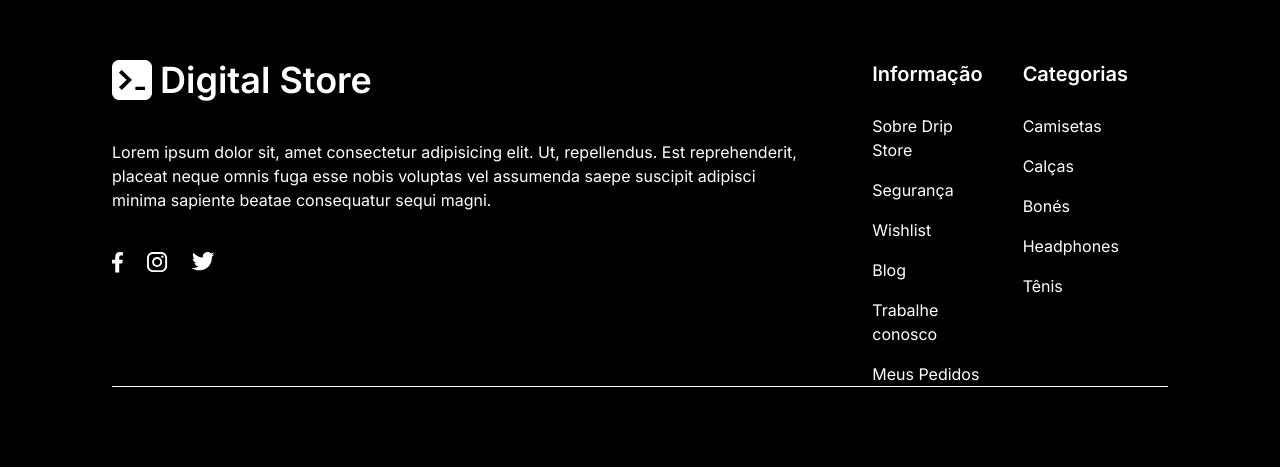
Repository: geracao-09/digital-store
Page: index.html
These files come from the project's save history. The page is drawn as it stood at one moment and after a run of saves; the edit follows.
The browser window is 1280 px wide. The pictures show the part of the page from y = 3410 to 3877 px (the page is 3877 px tall).
A picture or video elsewhere on the page could not be fetched, so the positions and the page height are approximate.

Above is the page before, as saved 2025-04-25 08:56:50.

### index.html
<!DOCTYPE html>
<html lang="pt-br">
<head>
    <meta charset="UTF-8">
    <meta name="viewport" content="width=device-width, initial-scale=1.0">
    <title>Digital Store</title>
    <link href="./style.css" rel="stylesheet">
    <script src="https://cdn.jsdelivr.net/npm/@tailwindcss/browser@4"></script>
    <link rel="shortcut icon" href="/assets/digital-logo.svg" type="image/x-icon">
</head>
<body>
<header class="flex flex-col gap-12 px-[108px] py-[38px]">
    <div class="flex items-center justify-between">
        <div class="flex gap-1">
            <img src="/assets/digital-logo.svg" alt="Logo da Digital Store">
            <h1 class="text-4xl text-(--primary-color) font-semibold">Digital Store</h1>
        </div>
        <input type="text" placeholder="Pesquisar produto..." class="bg-(--light-gray-3) py-2 px-3 rounded-lg ml-40 mr-14 bg-[url(/assets/icons/search.svg)] bg-no-repeat bg-right focus:placeholder-transparent w-[560px]" />
        <div>
            <a href="#" class="bg-(--primary-color) text-white rounded-lg px-7 py-3 font-bold text-sm">
                Entrar
            </a>
        </div>
        <div class="relative">
            <img src="/assets/icons/cart.svg" alt="Imagem de um carrinho de compras">
            <div class="flex justify-center items-center absolute bg-(--tertiary-color) text-white font-bold text-xs rounded-full w-[18px] h-[18px] bottom-[15px] left-3">
                2
            </div>
        </div>
    </div>
    </div>
    <nav class="pl-32">
        <ul class="flex gap-6 text-(--dark-gray-2)">
            <li class="hover:text-(--primary-color) hover:font-bold">
                <a href="#">
                Home
            </a>
        </li>
            <li class="hover:text-(--primary-color) hover:font-bold">
                <a href="#">
                Produtos
            </a>
        </li>
            <li class="hover:text-(--primary-color) hover:font-bold">
                <a href="#">
                Categorias
            </a>
        </li>
            <li class="hover:text-(--primary-color) hover:font-bold">
                <a href="#">
                Meus Pedidos
            </a>
        </li>
        </ul>
    </nav>
</header>
<main>
    <section class="flex px-[108px] bg-(--light-gray-3) py-[78px] h-[680px] relative">
        <div class="flex flex-col gap-5 w-[466px]">
            <p class="text-(--warning-color) font-bold">
                Melhores ofertas personalizadas
            </p>
            <h2 class="font-extrabold text-6xl">
                Queima de estoque Nike 🔥
            </h2>
            <p class="text-(--dark-gray-2) text-lg">
                Consequat culpa exercitation mollit nisi excepteur do do tempor laboris eiusmod irure consectetur.
            </p>
            <a href="#" class="flex items-center justify-center bg-(--primary-color) text-(--light-gray-3) font-bold w-[220px] h-[48px] rounded-lg">
                Ver Ofertas
            </a>
        </div>
        <img src="/assets/pictures/white-sneakers.svg" alt="Foto de um tenis branco" class="absolute right-28 bottom-8"/>
        <img src="/assets/ornaments/ornament.svg" alt="Firula do site - by wendell" class="absolute top-12 right-8">
    </section>
    <section class="flex flex-col gap-15 px-[108px] py-[42px]">
        <div class="flex flex-col gap-10">
            <h4 class="text-(--dark-gray-2) font-bold text-2xl">
                Coleções em destaque
            </h4>
            <ul class="grid grid-cols-3 gap-3.5 h-68">
                <li  class="flex bg-[#D8E3F2] pl-8 pt-8 rounded-md relative bg-[url(/assets/pictures/star-wars-shirt-pic.svg)] bg-no-repeat bg-bottom-right">
                    <div class="w-1/2 z-10">
                    <p class="bg-[#E7FF86] rounded-4xl font-bold text-(--dark-gray-2) w-[96px] text-center py-1.5 text-sm">
                        30% OFF
                    </p>
                    <h5 class="font-bold text-(--dark-gray) text-4xl mt-2.5 mb-8">
                        Novo drop Supreme
                    </h5>
                    <a href="#" class="text-(--primary-color) bg-white rounded-xl font-bold px-12 py-4.5">
                        Comprar
                    </a>
                </div>
                </li>
                <li  class="flex bg-[#D8E3F2] pl-8 pt-8 rounded-md relative bg-[url(/assets/pictures/sneaks-pic.svg)] bg-no-repeat bg-bottom-right">
                    <div class="w-1/2 z-10">
                    <p class="bg-[#E7FF86] rounded-4xl font-bold text-(--dark-gray-2) w-[96px] text-center py-1.5 text-sm">
                        30% OFF
                    </p>
                    <h5 class="font-bold text-(--dark-gray) text-4xl mt-2.5 mb-8">
                        Coleção Adidas
                    </h5>
                    <a href="#" class="text-(--primary-color) bg-white rounded-xl font-bold px-12 py-4.5">
                        Comprar
                    </a>
                </div>
                </li>
                <li  class="flex bg-[#D8E3F2] pl-8 pt-8 rounded-md relative bg-[url(/assets/pictures/headphone-pic.svg)] bg-no-repeat bg-bottom-right">
                    <div class="w-1/2 z-10">
                    <p class="bg-[#E7FF86] rounded-4xl font-bold text-(--dark-gray-2) w-[96px] text-center py-1.5 text-sm">
                        30% OFF
                    </p>
                    <h5 class="font-bold text-(--dark-gray) text-4xl mt-2.5 mb-8">
                        Novo<br> Beats Bass
                    </h5>
                    <a href="#" class="text-(--primary-color) bg-white rounded-xl font-bold px-12 py-4.5">
                        Comprar
                    </a>
                </div>
                </li>
            </ul>
        </div>
        <div class="bg-[url(/assets/icons/house-border.svg)] bg-no-repeat bg-center object-contain flex flex-col items-center gap-5 pt-5.5 h-[318px]">
            <h1 class="font-bold text-2xl text-(--dark-gray-2)">
                Coleções em destaque
            </h1>
            <ul class="flex gap-8">
                <li><a href="#">
                    <div class="bg-[url(/assets/icons/t-shirt.svg)] w-[104px] h-[104px] bg-white bg-no-repeat bg-center rounded-full"></div>
                    <p class="font-bold text-sm text-(--dark-gray-2) text-center">Camisetas</p>
                </a></li>
                <li><a href="#">
                    <div class="bg-[url(/assets/icons/pants.svg)] w-[104px] h-[104px] bg-white bg-no-repeat bg-center rounded-full"></div>
                    <p class="font-bold text-sm text-(--dark-gray-2) text-center">Calças</p>
                </a></li>
                <li><a href="#">
                    <div class="bg-[url(/assets/icons/cap.svg)] w-[104px] h-[104px] bg-white bg-no-repeat bg-center rounded-full"></div>
                    <p class="font-bold text-sm text-(--dark-gray-2) text-center">Bonés</p>
                </a></li>
                <li><a href="#">
                    <div class="bg-[url(/assets/icons/headphones.svg)] w-[104px] h-[104px] bg-white bg-no-repeat bg-center rounded-full"></div>
                    <p class="font-bold text-sm text-(--dark-gray-2) text-center">Headphones</p>
                </a></li>
                <li><a href="#">
                    <div class="bg-[url(/assets/icons/sneakers.svg)] w-[104px] h-[104px] bg-white bg-no-repeat bg-center rounded-full"></div>
                    <p class="font-bold text-sm text-(--dark-gray-2) text-center">Tênis</p>
                </a></li>
            </ul>
        </div>
    </section>
    <section class="px-[108px]">
        <div class="flex justify-between mb-5">
            <h4 class="text-(--dark-gray-2) font-bold text-2xl">
                Produtos em  alta
            </h4>
            <div class="flex gap-2 items-center">
                <a href="#" class="text-(--primary-color) text-[18px]">
                    Ver todos
                </a>
                <img src="/assets/ornaments/arrow-right.svg" alt="Flecha apontando pra direita" class="w-[24px]">
            </div>
        </div>
        <ul class="grid grid-cols-4">
            <li class="mb-5">
            <div class="bg-[url(/assets/pictures/sneaks-pic2.svg)] w-[292px] h-[320px] bg-white bg-no-repeat bg-center relative">
                <div class="flex justify-center items-center bg-[#E7FF86] font-bold text-sm h-[32px] w-[96px] rounded-4xl absolute left-5 top-5">50% off</div>
            </div>
                <div>
                    <p class="text-xs text-(--light-gray) font-bold">
                        Tênis
                    </p>
                    <h5 class="text-2xl text-(--dark-gray-2)">
                        K-Swiss V8 - Masculino
                    </h5>
                    <div class="flex gap-2">
                    <h5 class="text-(--light-gray) line-through text-2xl">
                        $200
                    </h5>
                    <h5 class="font-bold text-2xl">
                        $100
                    </h5>
                </div>
            </div>
            </li>
            <li class="mb-5">
            <div class="bg-[url(/assets/pictures/sneaks-pic2.svg)] w-[292px] h-[320px] bg-white bg-no-repeat bg-center relative">
                <div class="flex justify-center items-center bg-[#E7FF86] font-bold text-sm h-[32px] w-[96px] rounded-4xl absolute left-5 top-5">50% off</div>
            </div>
                <div>
                    <p class="text-xs text-(--light-gray) font-bold">
                        Tênis
                    </p>
                    <h5 class="text-2xl text-(--dark-gray-2)">
                        K-Swiss V8 - Masculino
                    </h5>
                    <div class="flex gap-2">
                    <h5 class="text-(--light-gray) line-through text-2xl">
                        $200
                    </h5>
                    <h5 class="font-bold text-2xl">
                        $100
                    </h5>
                </div>
            </div>
            </li>
            <li class="mb-5">
            <div class="bg-[url(/assets/pictures/sneaks-pic2.svg)] w-[292px] h-[320px] bg-white bg-no-repeat bg-center relative">
            </div>
                <div>
                    <p class="text-xs text-(--light-gray) font-bold">
                        Tênis
                    </p>
                    <h5 class="text-2xl text-(--dark-gray-2)">
                        K-Swiss V8 - Masculino
                    </h5>
                    <h5 class="font-bold text-2xl">
                        $100
                    </h5>
            </div>
            </li>
            <li class="mb-5">
            <div class="bg-[url(/assets/pictures/sneaks-pic2.svg)] w-[292px] h-[320px] bg-white bg-no-repeat bg-center relative">
            </div>
                <div>
                    <p class="text-xs text-(--light-gray) font-bold">
                        Tênis
                    </p>
                    <h5 class="text-2xl text-(--dark-gray-2)">
                        K-Swiss V8 - Masculino
                    </h5>
                    <h5 class="font-bold text-2xl">
                        $100
                    </h5>
            </div>
            </li>
            <li class="mb-5">
            <div class="bg-[url(/assets/pictures/sneaks-pic2.svg)] w-[292px] h-[320px] bg-white bg-no-repeat bg-center relative">
            </div>
                <div>
                    <p class="text-xs text-(--light-gray) font-bold">
                        Tênis
                    </p>
                    <h5 class="text-2xl text-(--dark-gray-2)">
                        K-Swiss V8 - Masculino
                    </h5>
                    <h5 class="font-bold text-2xl">
                        $100
                    </h5>
            </div>
            </li>
            <li class="mb-5">
            <div class="bg-[url(/assets/pictures/sneaks-pic2.svg)] w-[292px] h-[320px] bg-white bg-no-repeat bg-center relative">
            </div>
                <div>
                    <p class="text-xs text-(--light-gray) font-bold">
                        Tênis
                    </p>
                    <h5 class="text-2xl text-(--dark-gray-2)">
                        K-Swiss V8 - Masculino
                    </h5>
                    <h5 class="font-bold text-2xl">
                        $100
                    </h5>
            </div>
            </li>
            <li class="mb-5">
            <div class="bg-[url(/assets/pictures/sneaks-pic2.svg)] w-[292px] h-[320px] bg-white bg-no-repeat bg-center relative">
            </div>
                <div>
                    <p class="text-xs text-(--light-gray) font-bold">
                        Tênis
                    </p>
                    <h5 class="text-2xl text-(--dark-gray-2)">
                        K-Swiss V8 - Masculino
                    </h5>
                    <h5 class="font-bold text-2xl">
                        $100
                    </h5>
            </div>
            </li>
            <li class="mb-5">
            <div class="bg-[url(/assets/pictures/sneaks-pic2.svg)] w-[292px] h-[320px] bg-white bg-no-repeat bg-center relative">
            </div>
                <div>
                    <p class="text-xs text-(--light-gray) font-bold">
                        Tênis
                    </p>
                    <h5 class="text-2xl text-(--dark-gray-2)">
                        K-Swiss V8 - Masculino
                    </h5>
                    <h5 class="font-bold text-2xl">
                        $100
                    </h5>
            </div>
            </li>

        </ul>
    </section>
    <section class="flex justify-center items-center bg-white py-20 px-18 gap-28">
        <div>
            <div class="w-[456px] h-[456px] bg-linear-(--secondary-gradient) rounded-full  relative">
                <img src="/assets/pictures/ei-jordao.svg" alt="" class="w-[574px] absolute top-[12%] right-[12%] scale-135">
            </div>
        </div>
        <div class="flex flex-col gap-4 w-[40%]">
            <p class="text-sm text-(--primary-color) font-bold">
                Oferta especial
            </p>
            <h2 class="font-bold text-(--dark-gray-2) text-5xl">
                Air Jordan edição de colecionador
            </h2>
            <p class="text-(--dark-gray-2)">
                Lorem ipsum dolor sit amet, consectetur adipiscing elit, sed do eiusmod tempor incididunt ut labore et dolore magna aliqua. Ut enim ad minim veniam, quis nostrud exercitation ullamco laboris nisi ut aliquip
            </p>
            <a href="#" class="flex items-center justify-center bg-(--primary-color) text-(--light-gray-3) font-bold w-[220px] h-[48px] rounded-lg mt-6">
                Ver Ofertas
            </a>
        </div>
    </section>
</main>
<footer class="bg-black text-white py-20 px-28">
    <div class="flex gap-10">
        <div  class="flex flex-col gap-10 mr-6">
            <div class="flex gap-2">
                <img src="/assets/white-logo.svg" alt="Logo da Digital em branco">
                <h4 class="font-semibold text-4xl">Digital Store</h4>
            </div>
        <div>
            <p>Lorem ipsum dolor sit, amet consectetur adipisicing elit. Ut, repellendus. Est reprehenderit, placeat neque omnis fuga esse nobis voluptas vel assumenda saepe suscipit adipisci minima sapiente beatae consequatur sequi magni.</p>
        </div>
        <div>
            <ul class="flex gap-6">
                <li><img src="/assets/icons/facebook.svg" alt="logo da facebook"></li>
                <li><img src="/assets/icons/instagram.svg" alt="logo do instagram"></li>
                <li><img src="/assets/icons/twitter.svg" alt="logo da twitter, vulgo, X"></li>
            </ul>
        </div>
    </div>
        <div class="flex gap-10">
            <ul class="flex flex-col gap-4 list-none">
                <li class="font-semibold text-xl mb-2.5">Informação</li>
                <li><a href="#">
                    Sobre Drip Store
                </a></li>
                <li><a href="#">
                    Segurança
                </a></li>
                <li><a href="#">
                    Wishlist
                </a></li>
                <li><a href="#">
                    Blog
                </a></li>
                <li><a href="#">
                    Trabalhe conosco
                </a></li>
                <li><a href="#">
                    Meus Pedidos
                </a></li>
            </ul>
            <ul class="flex flex-col gap-4 list-none">
                <li class="font-semibold text-xl mb-2.5">Categorias</li>
                <li><a href="#">
                    Camisetas
                </a></li>
                <li><a href="#">
                    Calças
                </a></li>
                <li><a href="#">
                    Bonés
                </a></li>
                <li><a href="#">
                    Headphones
                </a></li>
                <li><a href="#">
                    Tênis
                </a></li>
            </ul>
        </div>
        <div>
            <h6></h6>
            <p></p>
            <p></p>
        </div>
    </div>
    <hr>
    <div>

    </div>
</footer>
</body>
</html>

### style.css
@import url('https://fonts.googleapis.com/css2?family=Inter:ital,opsz,wght@0,14..32,100..900;1,14..32,100..900&display=swap');

:root {
    --dark-gray: #1F1F1F;
    --dark-gray-2: #474747;
    --dark-gray-3: #666666;
    --light-gray: #8F8F8F;
    --light-gray-2: #CCCCCC;
    --light-gray-3: #F5F5F5;
    --white: #FFFFFF;
    --primary-color: #C92071;
    --secondary-color: #B5B6F2;
    --tertiary-color: #991956;
    --error-color: #EE4266;
    --success-color: #52CA76;
    --warning-color: #F6AA1C;
    --primary-gradient: 180deg,#C92071, #EDABCA;
    --secondary-gradient: 180deg, #B5B6F2, #EFEFFF;
}

* {
    font-family: "Inter", sans-serif;
    box-sizing: border-box;
}

main {
    background-color: #F9F8FE;
}

### assets/icons/instagram.svg
<svg width="21" height="21" viewBox="0 0 21 21" fill="none" xmlns="http://www.w3.org/2000/svg">
<path d="M15.3772 3.59082C15.0646 3.59082 14.7647 3.71504 14.5436 3.93614C14.3225 4.15725 14.1982 4.45713 14.1982 4.76982C14.1981 4.92473 14.2285 5.07815 14.2877 5.22131C14.3469 5.36447 14.4337 5.49456 14.5432 5.60415C14.6527 5.71373 14.7827 5.80066 14.9258 5.85998C15.0689 5.91929 15.2223 5.94982 15.3772 5.94982C15.6899 5.94982 15.9898 5.82561 16.2109 5.6045C16.432 5.38339 16.5562 5.08351 16.5562 4.77082C16.5564 4.61591 16.526 4.46249 16.4668 4.31933C16.4076 4.17617 16.3208 4.04608 16.2113 3.93649C16.1018 3.82691 15.9718 3.73997 15.8287 3.68066C15.6856 3.62135 15.5322 3.59082 15.3772 3.59082Z" fill="white"/>
<path d="M10.1361 5.10303C8.82331 5.10435 7.56467 5.62637 6.63631 6.55454C5.70794 7.48272 5.18567 8.74126 5.18408 10.054C5.18567 11.3669 5.70791 12.6255 6.63625 13.5539C7.56458 14.4822 8.82322 15.0044 10.1361 15.006C11.449 15.0044 12.7076 14.4822 13.6359 13.5539C14.5643 12.6255 15.0865 11.3669 15.0881 10.054C15.0865 8.74126 14.5642 7.48272 13.6359 6.55454C12.7075 5.62637 11.4489 5.10435 10.1361 5.10303ZM10.1361 13.226C9.29489 13.2252 8.48838 12.8906 7.89366 12.2957C7.29894 11.7008 6.96461 10.8942 6.96408 10.053C6.96488 9.21201 7.29933 8.40566 7.89402 7.81096C8.48871 7.21627 9.29506 6.88182 10.1361 6.88103C10.9771 6.88182 11.7835 7.21627 12.3782 7.81096C12.9728 8.40566 13.3073 9.21201 13.3081 10.053C13.3076 10.8942 12.9732 11.7008 12.3785 12.2957C11.7838 12.8906 10.9773 13.2252 10.1361 13.226Z" fill="white"/>
<path d="M14.0681 20.108H6.03607C4.43499 20.1061 2.90003 19.4693 1.7679 18.3371C0.635768 17.205 -0.00107705 15.67 -0.00292969 14.069V6.04098C-0.00134169 4.43973 0.635388 2.90451 1.76755 1.77216C2.89971 0.639813 4.43482 0.00282968 6.03607 0.000976562H14.0641C15.6651 0.0028292 17.2001 0.639674 18.3322 1.7718C19.4644 2.90394 20.1012 4.4389 20.1031 6.03998V14.068C20.1015 15.6685 19.4653 17.2031 18.334 18.3354C17.2027 19.4676 15.6686 20.1051 14.0681 20.108ZM6.03607 1.89297C4.93662 1.8943 3.88259 2.33164 3.10516 3.10907C2.32773 3.88649 1.8904 4.94053 1.88907 6.03998V14.068C1.88881 15.1685 2.32544 16.224 3.10304 17.0028C3.88064 17.7815 4.93558 18.2197 6.03607 18.221H14.0641C15.1638 18.2199 16.2182 17.7827 16.996 17.0053C17.7738 16.2279 18.2115 15.1737 18.2131 14.074V6.04597C18.2115 4.94626 17.7738 3.89208 16.996 3.11465C16.2182 2.33722 15.1638 1.90003 14.0641 1.89898L6.03607 1.89297Z" fill="white"/>
</svg>

### assets/icons/pants.svg
<svg width="64" height="64" viewBox="0 0 64 64" fill="none" xmlns="http://www.w3.org/2000/svg">
<path d="M20.3125 0.149998C19.7875 0.450001 19.7625 0.612499 19.75 2.9125V5.125L13.3625 32.25C9.41247 49.075 6.99997 59.55 7.02497 59.8375C7.04997 60.15 7.16247 60.3625 7.37497 60.525C7.69997 60.7625 18.2875 64 18.7375 64C18.875 64 19.125 63.875 19.3 63.7125C19.525 63.525 21.775 58.3875 27.075 46C31.1875 36.4125 34.575 28.525 34.6125 28.475C34.6875 28.3875 39.375 39.175 39.375 39.4125C39.375 39.4625 38.225 39.5 36.8125 39.5C34.25 39.5 34.2375 39.5 33.9375 39.8125L33.625 40.1125V45.3V50.4875L33.9125 50.8125C34.1625 51.1 34.625 51.2125 39.7875 52.25C43.6875 53.025 45.4625 53.3375 45.6625 53.2625C45.8125 53.2 48.3875 50.95 51.375 48.2625C55.8 44.2875 56.8375 43.2875 56.975 42.9125C57.1 42.5625 57.125 41.8375 57.1 40.25L57.05 38.0625L53.375 21.9375L49.7 5.8125L49.6375 3.2125L49.5625 0.599998L49.2125 0.299999L48.8625 0H34.7125C24.3 0.0125008 20.5 0.0499992 20.3125 0.149998ZM26.125 3.1875V4.25H24H21.875V3.1875V2.125H24H26.125V3.1875ZM31.5 3.1875V4.25H29.875H28.25V3.1875V2.125H29.875H31.5V3.1875ZM35.75 3.1875V4.25H34.6875H33.625V3.1875V2.125H34.6875H35.75V3.1875ZM41.1 3.2125L41.1375 4.25H39.5H37.875V3.1875V2.1125L39.475 2.15L41.0625 2.1875L41.1 3.2125ZM47.5 3.1875V4.25H45.375H43.25V3.1875V2.125H45.375H47.5V3.1875ZM26.125 7.775C26.125 9.4375 25.875 10.1375 25.025 10.9C24.3125 11.5375 23.5125 11.75 21.7875 11.75C20.4875 11.75 20.3625 11.725 20.425 11.525C20.5 11.3 21.625 6.5 21.625 6.425C21.625 6.4 22.6375 6.375 23.875 6.375H26.125V7.775ZM33.625 15.8375V25.3125L25.8625 43.4375C21.5875 53.4 18.0875 61.575 18.075 61.5875C18.0375 61.6375 9.59997 59.125 9.42497 59.0125C9.32497 58.9625 10.9625 51.8 14.575 36.4375C17.4875 24.0625 19.875 13.925 19.875 13.9C19.875 13.8875 20.625 13.875 21.55 13.875C24.225 13.875 25.3125 13.55 26.575 12.35C27.8 11.1875 28.25 9.95 28.25 7.6875V6.375H30.9375H33.625V15.8375ZM37.875 14.6625V22.95L37.225 23.4375C36.8625 23.7 36.375 24.05 36.1625 24.225L35.75 24.525V15.45V6.375H36.8125H37.875V14.6625ZM41.1375 8.125C41.225 10.0625 41.325 10.4625 42 11.4625C42.5625 12.3125 43.2375 12.9 44.1625 13.325C45.1 13.75 45.925 13.875 47.7625 13.875C49.325 13.875 49.375 13.8875 49.4375 14.15C50.875 20.25 54.875 38.425 54.875 38.875V39.5H48.325H41.775L39.075 33.2C37.5875 29.7375 36.375 26.85 36.375 26.7875C36.3875 26.7375 37.1125 26.15 37.9875 25.5C38.875 24.85 39.6875 24.1625 39.8 23.975C39.975 23.6875 40 22.6875 40 15V6.3625L40.5375 6.4L41.0625 6.4375L41.1375 8.125ZM48.275 9C48.6 10.4125 48.8625 11.6125 48.8625 11.675C48.875 11.725 48.125 11.7625 47.225 11.725C45.675 11.6875 45.5125 11.65 44.9 11.325C43.625 10.625 43.25 9.825 43.25 7.8125V6.375L45.4625 6.4L47.6875 6.4375L48.275 9ZM54.875 41.9375C54.875 42.1875 53.9125 43.1125 49.95 46.6875L45.025 51.125L40.6625 50.25C38.275 49.775 36.1875 49.35 36.0375 49.3125L35.75 49.25V45.4375V41.625H45.3125H54.875V41.9375Z" fill="#8F8F8F"/>
</svg>

Loaded but not shown: assets/icons/headphones.svg (8 lines, source omitted)

After the next 2 saves:
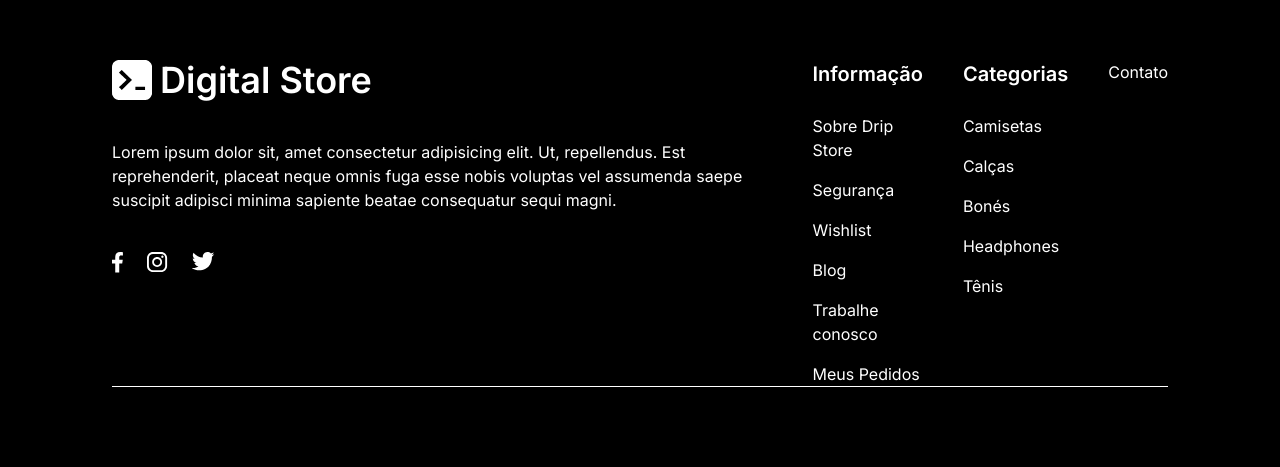
The 2 saves are shown as one change because they came seconds apart.
The last was saved 40 s later.
--- a/index.html
+++ b/index.html
@@ -378,7 +378,7 @@
             </ul>
         </div>
         <div>
-            <h6></h6>
+            <h6 class="">Contato</h6>
             <p></p>
             <p></p>
         </div>
